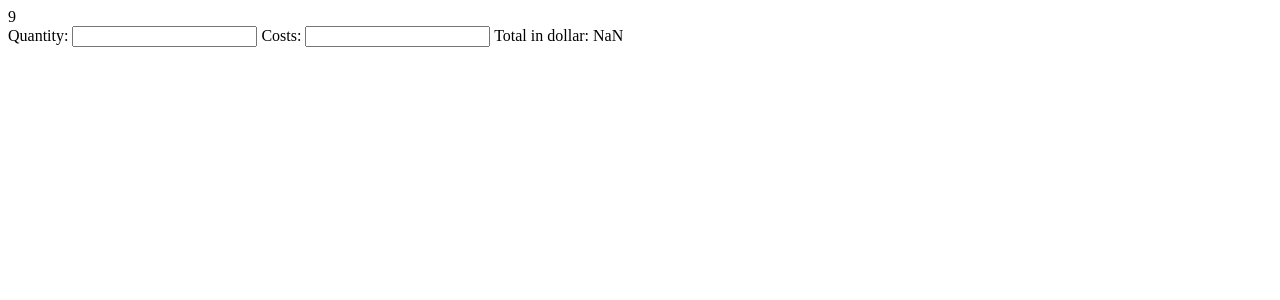
Repository: aneishkumar/Workspace2
Page: workspaceangularjs/angularjsdemo/WebContent/angularjsdemo.html
The author's editor kept a copy of each file at every save. The page is drawn from the files as they stood at one save, then again after the next save.
The browser window is 1280 px wide. The pictures show the whole page.
Some web libraries are served in a nearby version.

Above is the page before, as saved 2018-02-02 10:52:47.

After the next save:
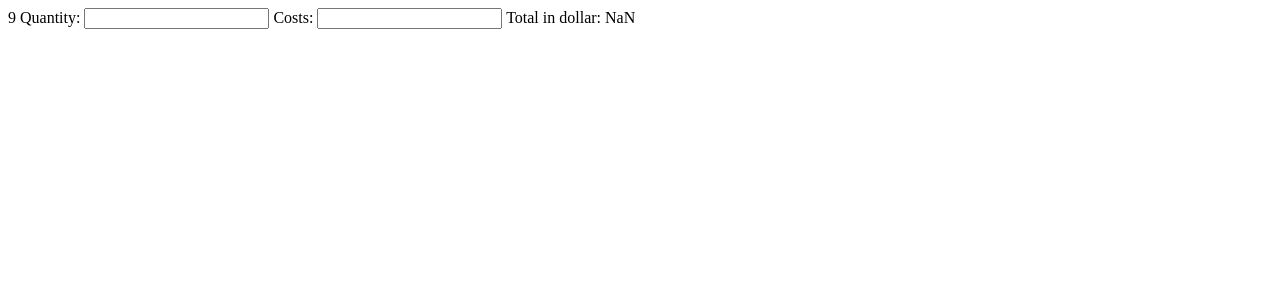
Saved 33 s later.
--- a/workspaceangularjs/angularjsdemo/WebContent/angularjsdemo.html
+++ b/workspaceangularjs/angularjsdemo/WebContent/angularjsdemo.html
@@ -6,14 +6,14 @@
 </head>
 <body ng-app>
 {{4+5}}
-<div ng-app="" >
+
 
 Quantity: <input type="number" ng-model="quantity">
 Costs:    <input type="number" ng-model="price">
 
 Total in dollar: {{ quantity * price }}
 
-</div>
+
 
 </body>
 <script src="https://ajax.googleapis.com/ajax/libs/angularjs/1.6.4/angular.min.js"></script>
